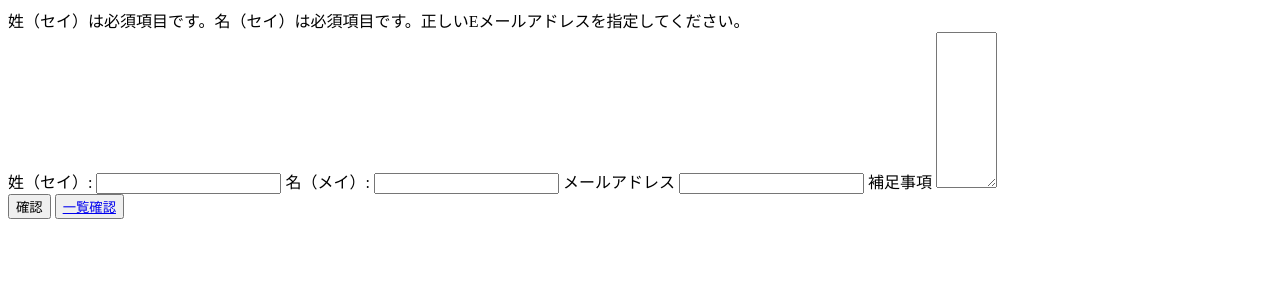
Repository: yoshiryoryo/phpform2
Page: http://localhost/validate.php
An editor plug-in stored every save of this project. The page is shown before and after the next save, followed by the edit.
The browser window is 1280 px wide. The pictures show the whole page.
The page is run by PHP 8.4 with error messages shown; the project is at /var/www/html/.

Above is the page before, as saved 2021-03-05 12:09:50.

### validate.php
<?php
// セッションIDは個人を識別するために必要なID
session_start();
function generateToken()
{
    // セキュリティ上他者からの予測を困難にするため、乱数を設定する
    $bytes = openssl_random_pseudo_bytes(16);
    return bin2hex($bytes);
}
$token = generateToken();
$_SESSION['token'] = $token;

// バリデーション
// 使用する変数を初期化
$sei = '';
$mei = '';
$email = '';
$text = '';

// エラー内容
$errors = [];

// 姓（セイ）の場合
if(empty($sei)){
    echo '姓（セイ）は必須項目です。';
  } elseif (preg_match("/^[ァ-ヶー]+$/u", $sei)) {
    echo '全角カナで入力してください。';
  }

// 名（メイ）の場合
if(empty($mei)){
    echo '名（セイ）は必須項目です。';
  } elseif (preg_match("/^[ァ-ヶー]+$/u", $mei)) {
    echo '全角カナで入力してください。';
  }

// メールアドレスの場合
if(!filter_var($email, FILTER_VALIDATE_EMAIL)){
  echo '正しいEメールアドレスを指定してください。';
}
?>

<!DOCTYPE html>
<html lang="ja">
<head>
    <meta charset="UTF-8">
    <meta http-equiv="X-UA-Compatible" content="IE=edge">
    <meta name="viewport" content="width=device-width, initial-scale=1.0">
    <title>Document</title>
</head>
<body>
    <form action="confirm.php" method="get">
      <div>
        <tr>
            <th>姓（セイ）:</th>
            <td><input type="text" name="sei"></td>
        </tr>
        <tr>
            <th>名（メイ）:</th>
            <td><input type="text" name="mei"></td>
        </tr>
        <tr>
            <th>メールアドレス</th>
            <td><input type="text" name="email"></td>
        </tr>
        <tr>
            <th>補足事項</th>
            <td><textarea name="text" id="" cols="5" rows="10"></textarea></td>
        </tr>
      </div>
      <button type="submit" name="confirm" value="send">確認</button>
      <button><a href="member.php">一覧確認</a></button>
    </form>
</body>
</html>

After the next save:
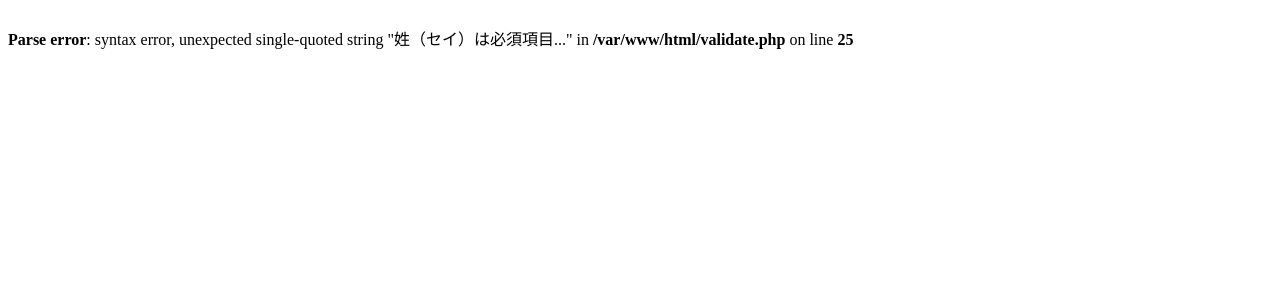
Saved 13 s later.
--- a/validate.php
+++ b/validate.php
@@ -22,7 +22,7 @@
 
 // 姓（セイ）の場合
 if(empty($sei)){
-    echo '姓（セイ）は必須項目です。';
+    $error '姓（セイ）は必須項目です。';
   } elseif (preg_match("/^[ァ-ヶー]+$/u", $sei)) {
     echo '全角カナで入力してください。';
   }

After the save that followed:
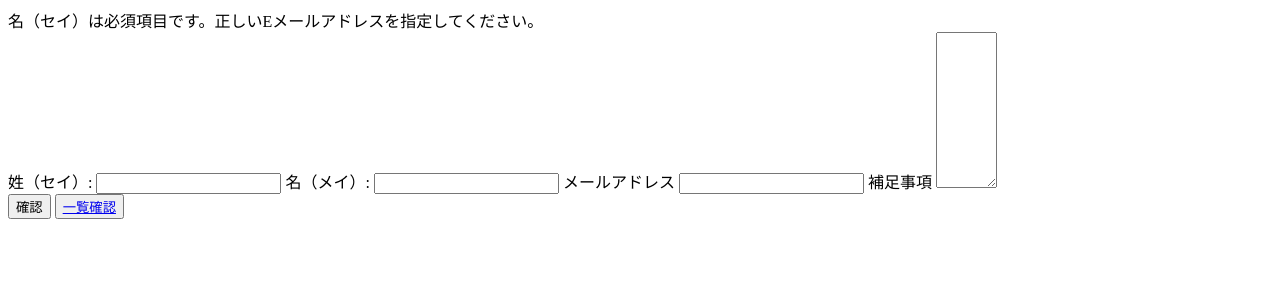
Saved 4 s later.
--- a/validate.php
+++ b/validate.php
@@ -22,7 +22,7 @@
 
 // 姓（セイ）の場合
 if(empty($sei)){
-    $error '姓（セイ）は必須項目です。';
+    $error = '姓（セイ）は必須項目です。';
   } elseif (preg_match("/^[ァ-ヶー]+$/u", $sei)) {
     echo '全角カナで入力してください。';
   }
